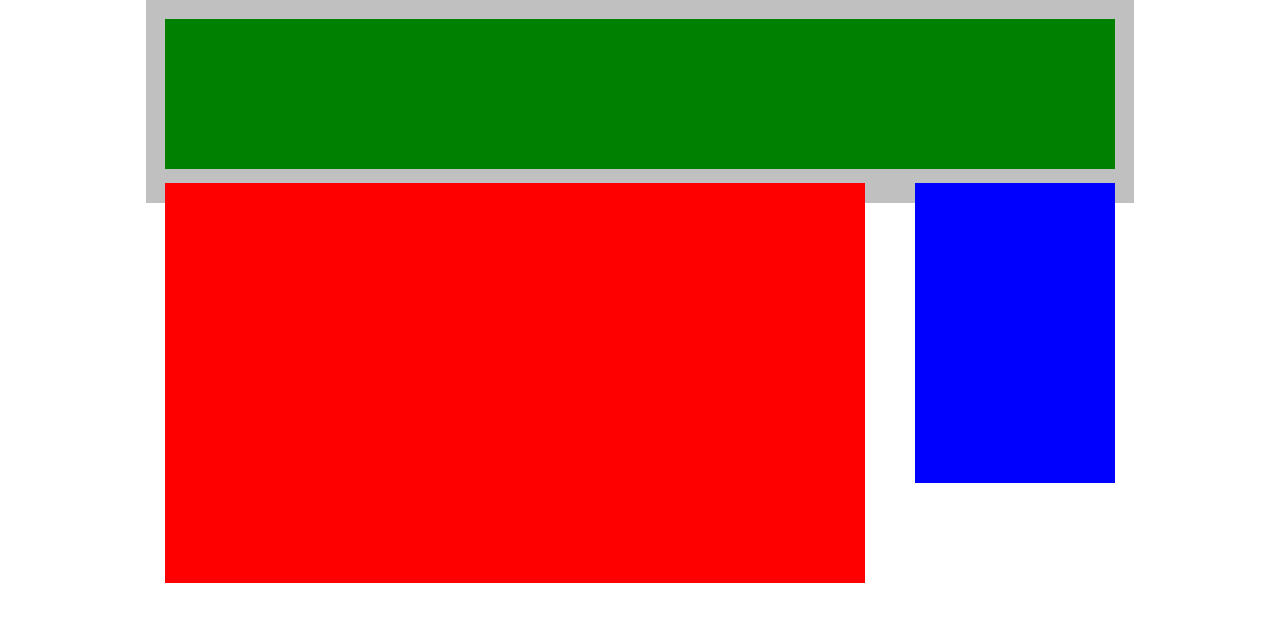
Repository: Fredy452/Fundamentos_de_la_Web
Page: Trabajos/Bloques/index.html
An editor plug-in stored every save of this project. The page is shown before and after the next save, followed by the edit.
The browser window is 1280 px wide. The pictures show the whole page.

Above is the page before, as saved 2023-06-16 16:36:53.

After the next save:
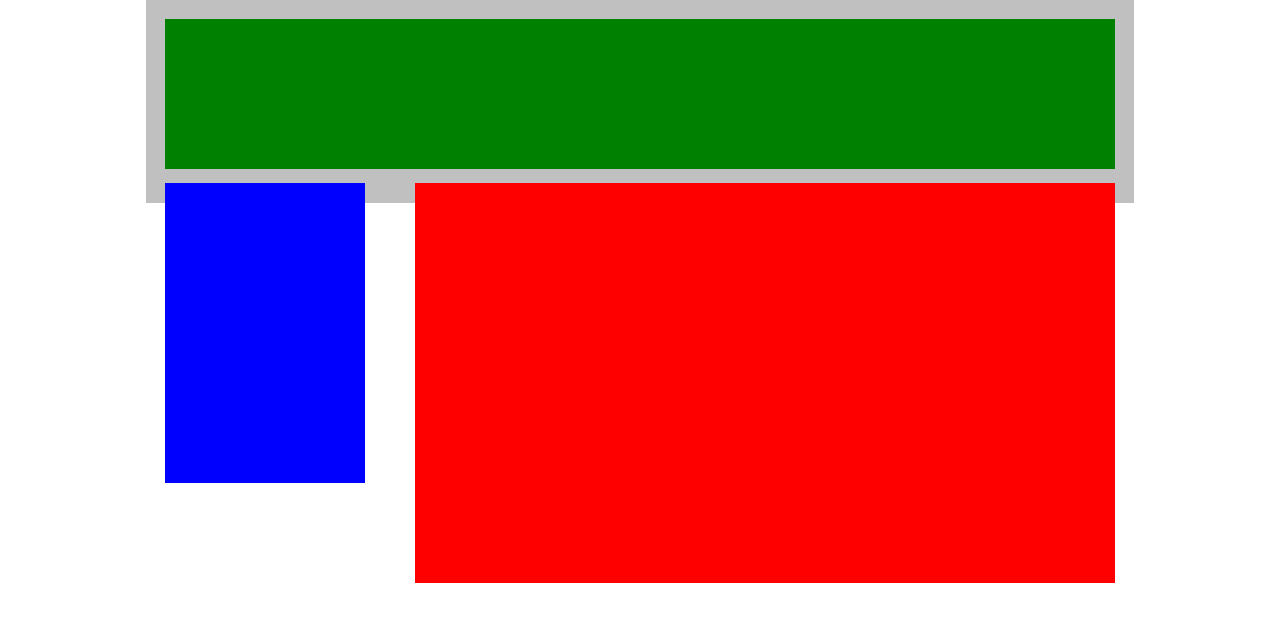
Saved 24 s later.
--- a/Trabajos/Bloques/style.css
+++ b/Trabajos/Bloques/style.css
@@ -15,13 +15,13 @@
     margin-bottom: 1.5%;
 }
 .side-nav{
-    float: right;
+    float: left;
     height: 300px;
     width: 200px;
     background-color:blue;
 }
 .main{
-    float: left;
+    float: right;
     height: 400px;
     width: 700px;
     background-color:red;
